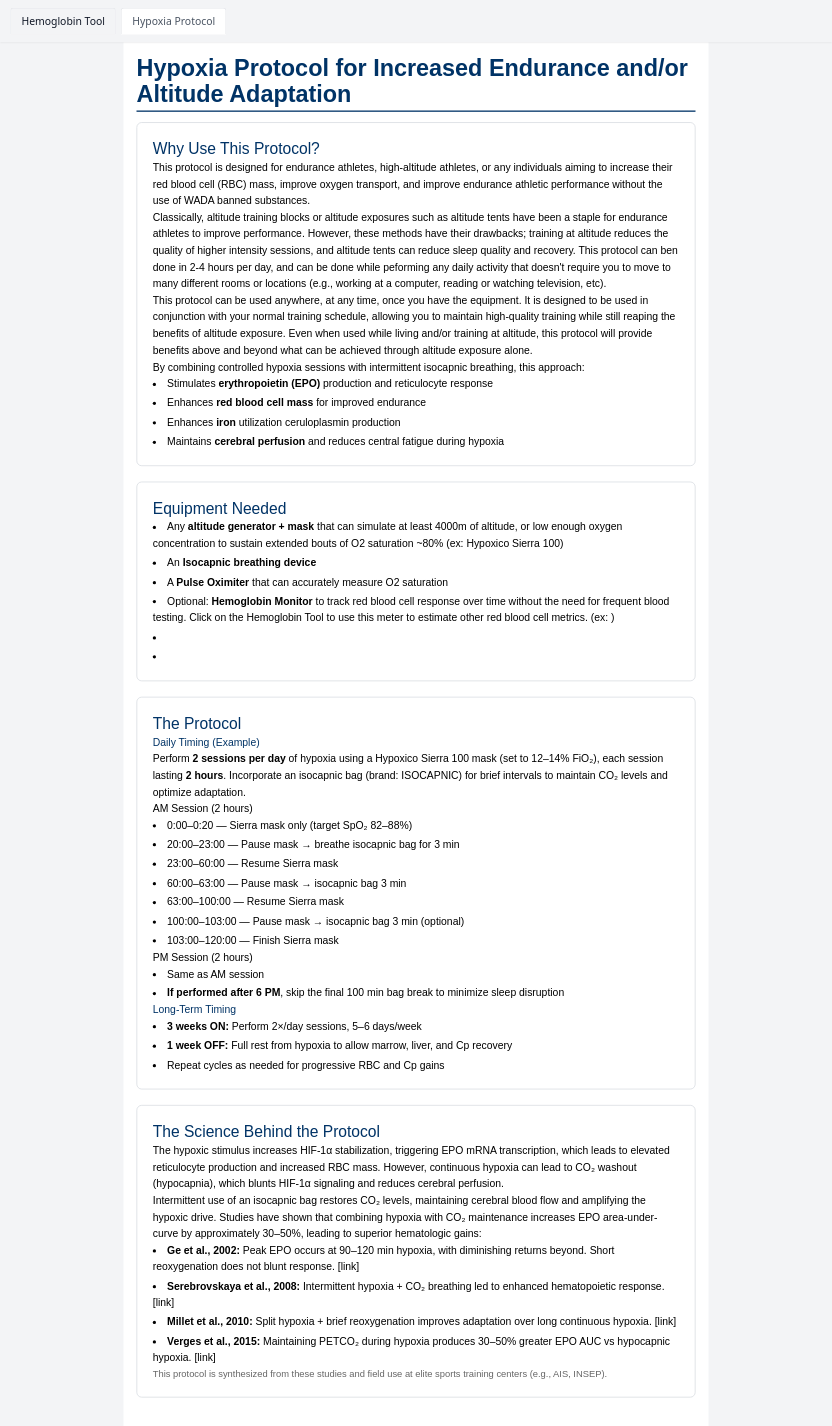
Repository: austenhughes1/hemoglobin_rbc_metrics
Page: hypoxia_protocol.html
An editor plug-in stored every save of this project. The page is shown before and after the next save, followed by the edit.
The browser window is 1280 px wide. The pictures show the whole page, at 65% of full size.
Some web libraries are served in a nearby version.

Above is the page before, as saved 2025-06-25 15:51:36.

After the next save:
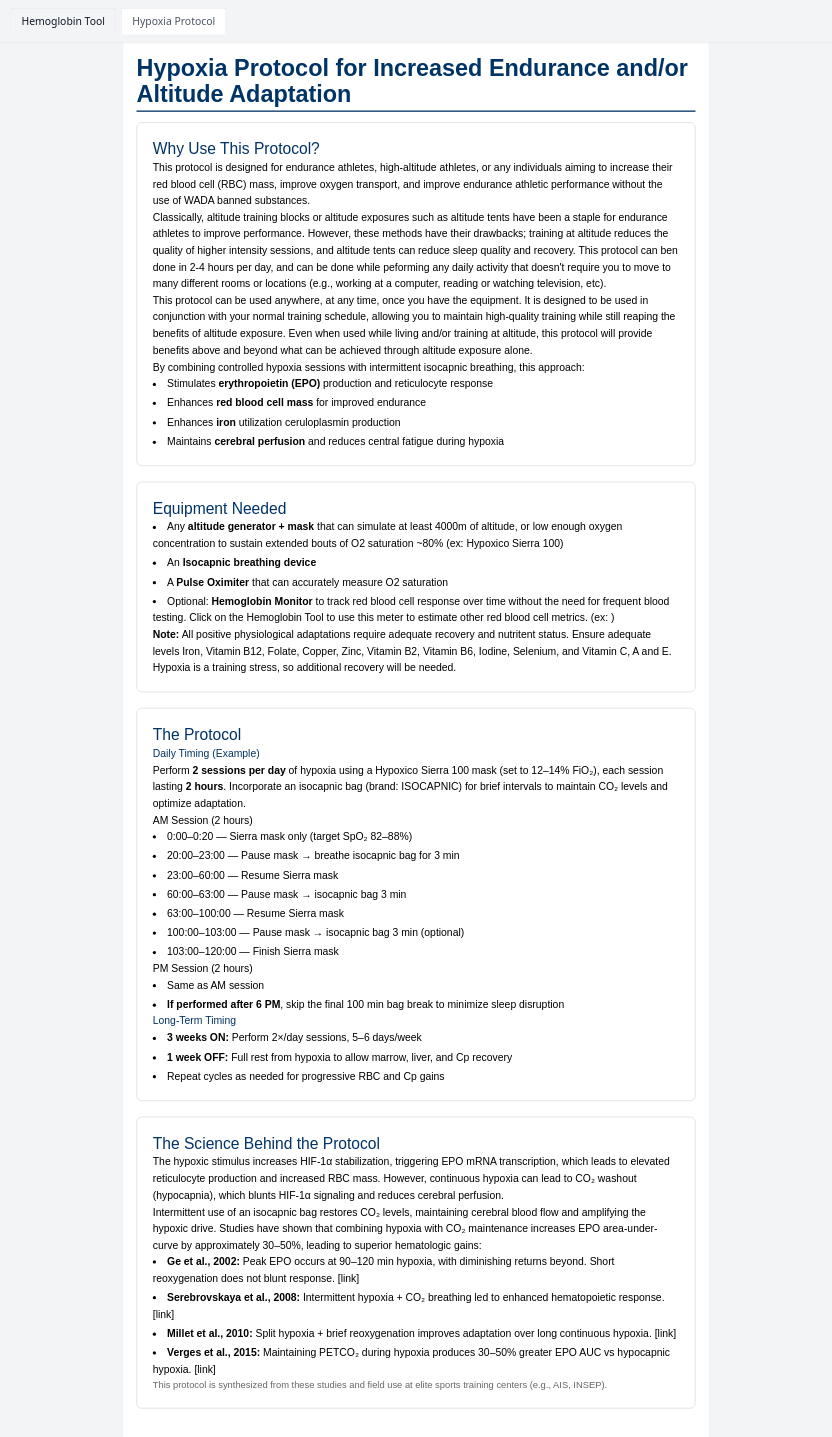
Saved 8 min 41 s later.
--- a/hypoxia_protocol.html
+++ b/hypoxia_protocol.html
@@ -71,9 +71,10 @@
             <li>An <strong>Isocapnic breathing device</strong></li>
             <li>A <strong>Pulse Oximiter</strong> that can accurately measure O2 saturation</li>
             <li>Optional: <strong>Hemoglobin Monitor</strong> to track red blood cell response over time without the need for frequent blood testing. Click on the <a href="https://www.hemocalc.pro/index.html">Hemoglobin Tool</a> to use this meter to estimate other red blood cell metrics. (ex: )</li>
-            <li><strong></strong></li>
-            <li><strong></strong></li>
         </ul>
+        <p>
+        <strong>Note:</strong> All positive physiological adaptations require adequate recovery and nutritent status. Ensure adequate levels Iron, Vitamin B12, Folate, Copper, Zinc, Vitamin B2, Vitamin B6, Iodine, Selenium, and Vitamin C, A and E. Hypoxia is a training stress, so additional recovery will be needed.
+        </p>
     </section>
 
     <section class="border border-gray-300 rounded-lg p-6 mb-6 bg-white">
